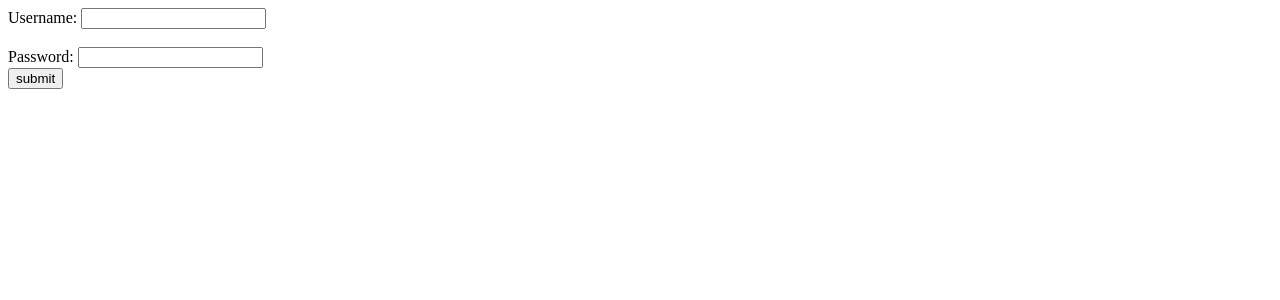
Repository: i-am-enlightened/Spring
Page: http://localhost/LoginSpringApp/login.jsp
The author's editor kept a copy of each file at every save. The page is drawn from the files as they stood at one save, then again after the next save.
The browser window is 1280 px wide. The pictures show the whole page.
The page is served by Tomcat 9. Other server files are loaded and not shown.

Above is the page before, as saved 2019-07-31 13:29:25.

### LoginSpringApp/WebContent/login.jsp
<%@ page language="java" contentType="text/html; charset=ISO-8859-1"
    pageEncoding="ISO-8859-1"%>
<!DOCTYPE html>
<html>
<head>
<meta charset="ISO-8859-1">
<title>Insert title here</title>
</head>
<body>

	${LoginError}
	<form action="validate" method="post">
	Username: <input type="text" name="username"> <br> <br>
	Password: <input type="password" name="password"> <br>
	<input type="submit" value="submit">
	</form>
</body>
</html>

After the next save:
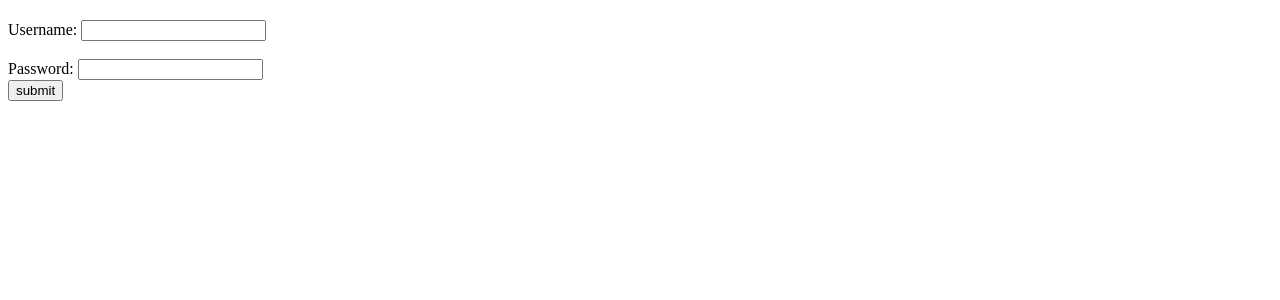
Saved 69 s later.
--- a/LoginSpringApp/WebContent/login.jsp
+++ b/LoginSpringApp/WebContent/login.jsp
@@ -7,8 +7,7 @@
 <title>Insert title here</title>
 </head>
 <body>
-
-	${LoginError}
+	<h2>${LoginError}</h2>
 	<form action="validate" method="post">
 	Username: <input type="text" name="username"> <br> <br>
 	Password: <input type="password" name="password"> <br>
